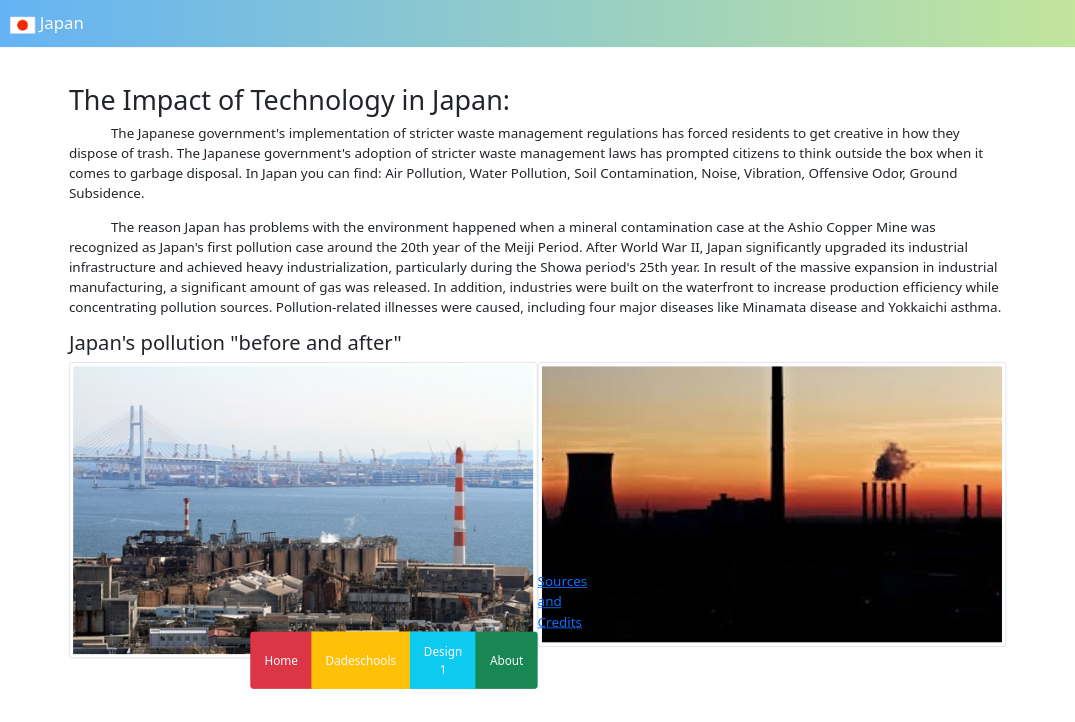
Repository: mrchilliballs/mrchilliballs.github.io
Page: untitled-2.html
An editor plug-in stored every save of this project. The page is shown before and after the next save, followed by the edit.
The browser window is 1280 px wide. The pictures show the whole page, at 84% of full size.

Above is the page before, as saved 2021-09-02 19:07:09.

### untitled-2.html
<!DOCTYPE html>
<html lang="en">
<head>
    <meta charset="UTF-8">
    <meta http-equiv="X-UA-Compatible" content="IE=edge">
    <!-- CSS only -->
<link href="https://cdn.jsdelivr.net/npm/bootstrap@5.1.0/dist/css/bootstrap.min.css" rel="stylesheet" integrity="sha384-KyZXEAg3QhqLMpG8r+8fhAXLRk2vvoC2f3B09zVXn8CA5QIVfZOJ3BCsw2P0p/We" crossorigin="anonymous">
    <meta name="viewport" content="width=device-width, initial-scale=1.0">
    <title>Document</title>
    <style>
@keyframes AnimationName {
    0%{background-position:0% 50%}
    50%{background-position:100% 50%}
    100%{background-position:0% 50%}
}
#navabr {
    animation: AnimationName 1s ease infinite !important;
    background: #c2e59c;  /* fallback for old browsers */
    background: -webkit-linear-gradient(to right, #64b3f4, #c2e59c);  /* Chrome 10-25, Safari 5.1-6 */
    background: linear-gradient(to right, #64b3f4, #c2e59c); /* W3C, IE 10+/ Edge, Firefox 16+, Chrome 26+, Opera 12+, Safari 7+ */
}
    </style>
</head>
<body>
    <nav class="navbar navbar-light bg-light fixed-top" id="navabr">
        <div class="container-fluid">
          <a class="navbar-brand" href="#">
            <img src="japan.gif" alt="" width="30" height="20 class="d-inline-block align-text-top">
            <span class="text-light">Japan</span>
          </a>
        </div>
      </nav>
    <main class="container">
<h2 style="margin-top: 100px;">The Impact of Technology in Japan:</h2>
	<p style="text-indent: 50px;">The Japanese government's implementation of stricter waste management regulations has forced residents to get creative in how they dispose of trash. The Japanese government's adoption of stricter waste management laws has prompted citizens to think outside the box when it comes to garbage disposal. In Japan you can find: Air Pollution, Water Pollution, Soil Contamination, Noise, Vibration, Offensive Odor, Ground Subsidence.
	<br></p><p style="text-indent: 50px;">The reason Japan has problems with the environment happened when a mineral contamination case at the Ashio Copper Mine was recognized as Japan's first pollution case around the 20th year of the Meiji Period. After World War II, Japan significantly upgraded its industrial infrastructure and achieved heavy industrialization, particularly during the Showa period's 25th year. In result of the massive expansion in industrial manufacturing, a significant amount of gas was released. In addition, industries were built on the waterfront to increase production efficiency while concentrating pollution sources. Pollution-related illnesses were caused, including four major diseases like Minamata disease and Yokkaichi asthma.
    </p>
    <h4>Japan's pollution "before and after"</h4>
    <img src="Picture1.jpg" class="rounded img-thumbnail img-fluid float-start" alt="..." height="50%" width="50%">
    <img src="Picture2.jpg" class="rounded img-thumbnail img-fluid float-end" alt="..." height="50%" width="50%">
    <div style="margin-bottom: 15rem;"></div>
        <div class="container">
            <footer class="d-flex flex-wrap justify-content-between align-items-center py-3 my-4 border-top" style="">
              <div class="dropdown">
                <a class="" href="#" role="button" id="dropdownMenuLink" data-bs-toggle="dropdown" aria-expanded="false">
                  Sources and Credits
                </a>

                <ul class="dropdown-menu" aria-labelledby="dropdownMenuLink">
                  <li><a class="dropdown-item" href="https://www.world-weather-travellers-guide.com/air-pollution-in-japan.htm">Source 1</a></li>
                  <li><a class="dropdown-item" href="https://www.nytimes.com/1964/12/26/archives/tokyo-troubled-by-air-pollution-emphasis-in-smog-control-is-still.html">Source 2</a></li>
                  <li><a class="dropdown-item" href="https://creativecommons.org/licenses/by-nc/2.0/s">Source 3</a></li>
                  <li><a class="dropdown-item" href="https://encyclopedia.1914-1918 online.net/article/science_and_technology_japan ">Source 4</a></li>
                  <li><a class="dropdown-item" href="https://en.wikipedia.org/wiki/Tokyo">Source 5</a></li>
                  <li><a class="dropdown-item" href="https://en.wikipedia.org/wiki/Meiji_Restoration ">Source 6</a></li>
                </ul>
              </div>
              <a href="/" class="col-md-4 d-flex align-items-center justify-content-center mb-3 mb-md-0 me-md-auto link-dark text-decoration-none">
                <svg class="bi me-2" width="40" height="32"><use xlink:href="#bootstrap"></use></svg>
              </a>

              <ul class="nav col-md-4 justify-content-end">
                <div class="btn-group" role="group" aria-label="Basic mixed styles example">
                    <button type="button" class="btn btn-danger btn-sm"><li class="nav-item"><a href="#" class="nav-link px-2 text-light">Home</a></li></button>
                    <button type="button" class="btn btn-warning btn-sm"><li class="nav-item"><a href="https://www3.dadeschools.net" class="nav-link px-2 text-light">Dadeschools</a></li></button>
                    <button type="button" class="btn btn-info btn-sm"><li class="nav-item"><a href="index.html" class="nav-link px-2 text-light">Design 1</a></li></button>
                    <button type="button" class="btn btn-success btn-sm"><li class="nav-item"><a class="nav-link px-2 text-light" href="#" role="button" id="dropdownMenuLink" data-bs-toggle="dropdown" aria-expanded="false">About</a><ul class="dropdown-menu" aria-labelledby="dropdownMenuLink1">
                      <li class="dropdown-item">We made this website using the program language "HTML". It took us a lot of work and we hope we get a good grade on this because we did our best on this website.</li>
                    </ul></li>
                    </button>
                  </div>
              </ul>
            </footer>
          </div>
          <!-- JavaScript Bundle with Popper -->
<script src="https://cdn.jsdelivr.net/npm/bootstrap@5.1.0/dist/js/bootstrap.bundle.min.js" integrity="sha384-U1DAWAznBHeqEIlVSCgzq+c9gqGAJn5c/t99JyeKa9xxaYpSvHU5awsuZVVFIhvj" crossorigin="anonymous"></script>
    </main>
</body>
</html>

After the next save:
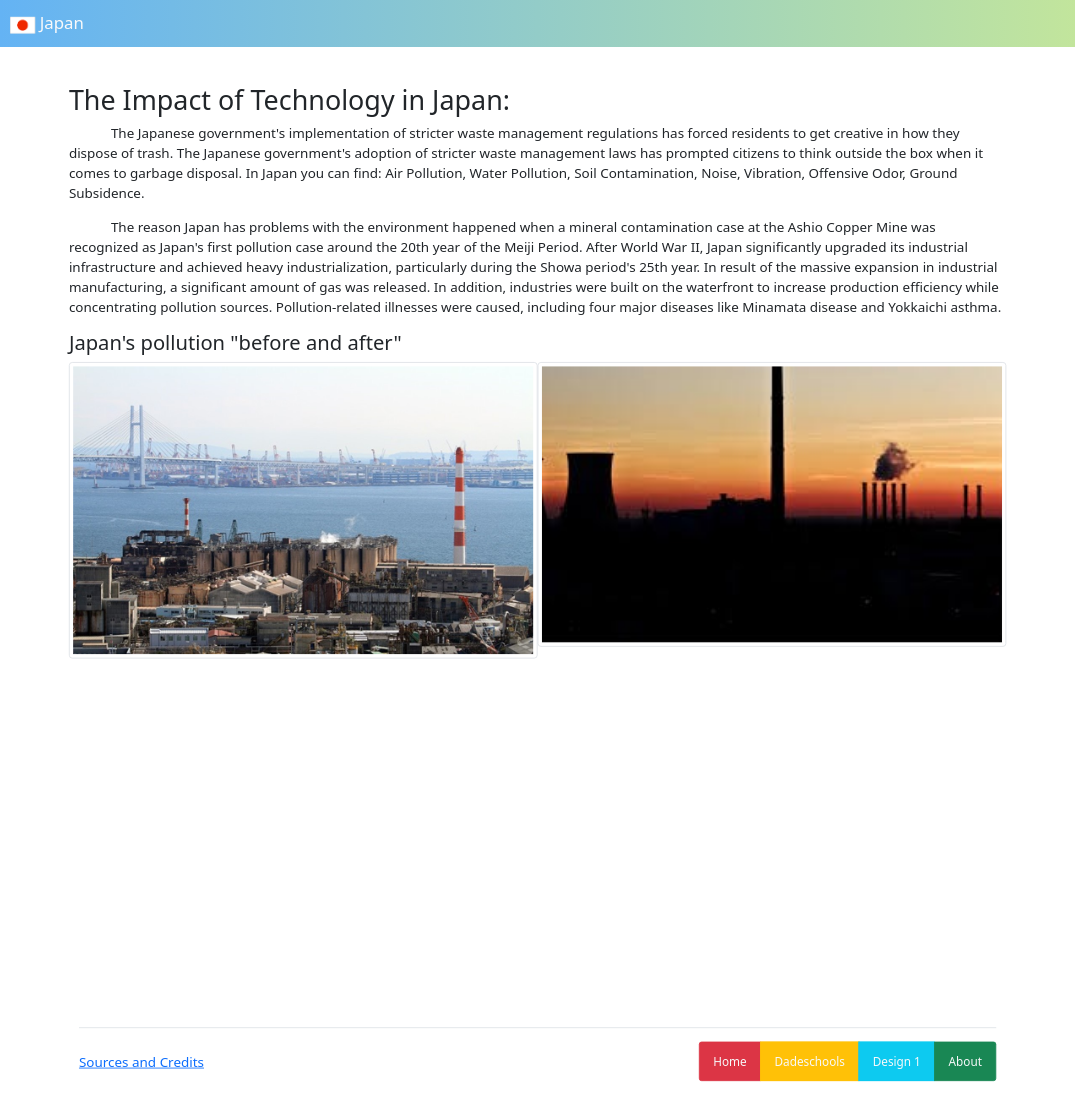
Saved 13 s later.
--- a/untitled-2.html
+++ b/untitled-2.html
@@ -38,7 +38,7 @@
     <h4>Japan's pollution "before and after"</h4>
     <img src="Picture1.jpg" class="rounded img-thumbnail img-fluid float-start" alt="..." height="50%" width="50%">
     <img src="Picture2.jpg" class="rounded img-thumbnail img-fluid float-end" alt="..." height="50%" width="50%">
-    <div style="margin-bottom: 15rem;"></div>
+    <div style="margin-bottom: 50rem;"></div>
         <div class="container">
             <footer class="d-flex flex-wrap justify-content-between align-items-center py-3 my-4 border-top" style="">
               <div class="dropdown">
